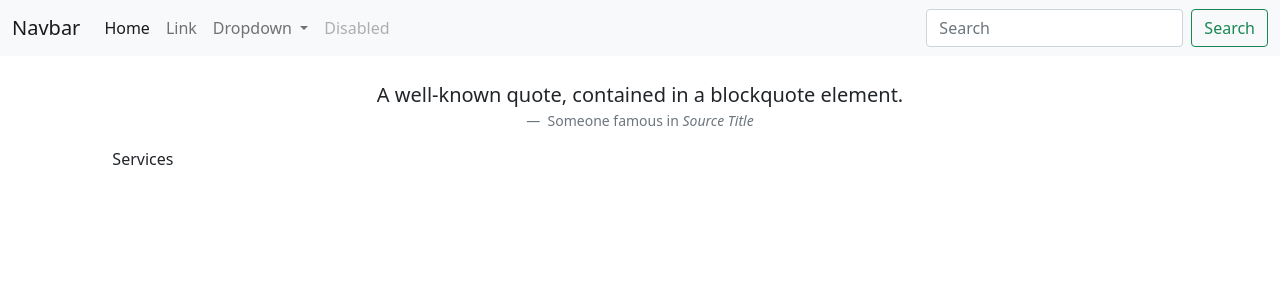
Repository: Omistusama/association
Page: index.html
These files come from the project's save history. The page is drawn as it stood at one moment and after the next save; the edit follows.
The browser window is 1280 px wide. The pictures show the whole page.
Some web libraries are served in a nearby version.

Above is the page before, as saved 2021-02-24 14:38:06.

After the next save:
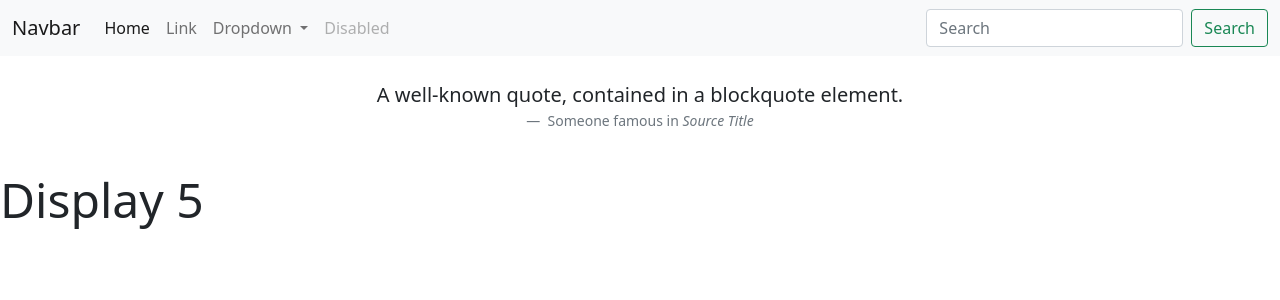
Saved 30 s later.
--- a/index.html
+++ b/index.html
@@ -65,7 +65,7 @@
               </figure>
             <div>
                 <div class="text-center">
-                    <h1 class="display-5">Services</h1>
+                    <h1 class="display-5">Display 5</h1>
                 </div>
 
             </div>
